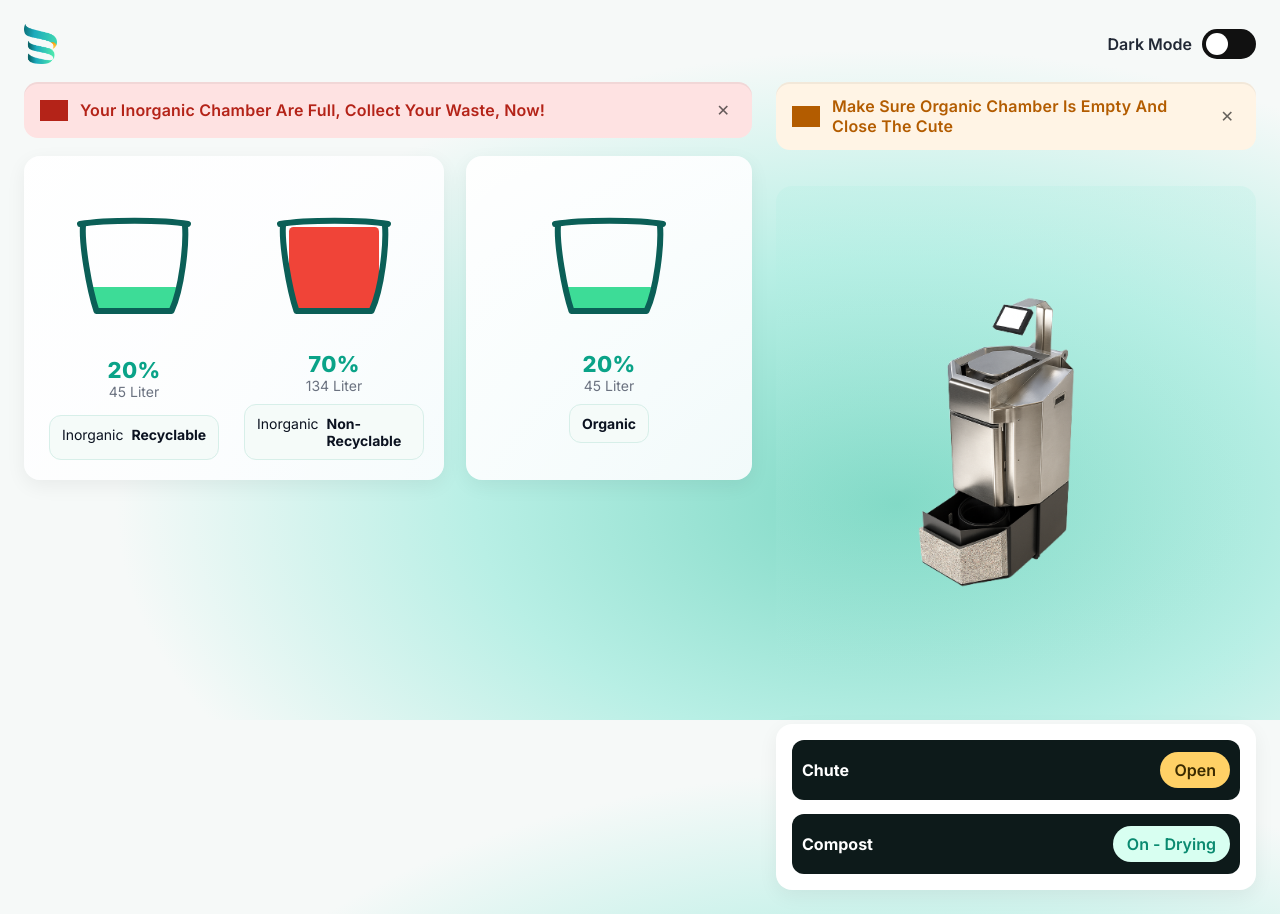
Repository: william-saputra/nusabin
Page: pages/homepage.html
These files come from the project's save history. The page is drawn as it stood at one moment and after the next save; the edit follows.
The browser window is 1280 px wide. The pictures show the whole page.
Pictures or frames that could not be fetched are drawn as grey boxes. Backgrounds fixed to the window are drawn as part of the page.

Above is the page before, as saved 2025-08-12 22:46:38.

After the next save:
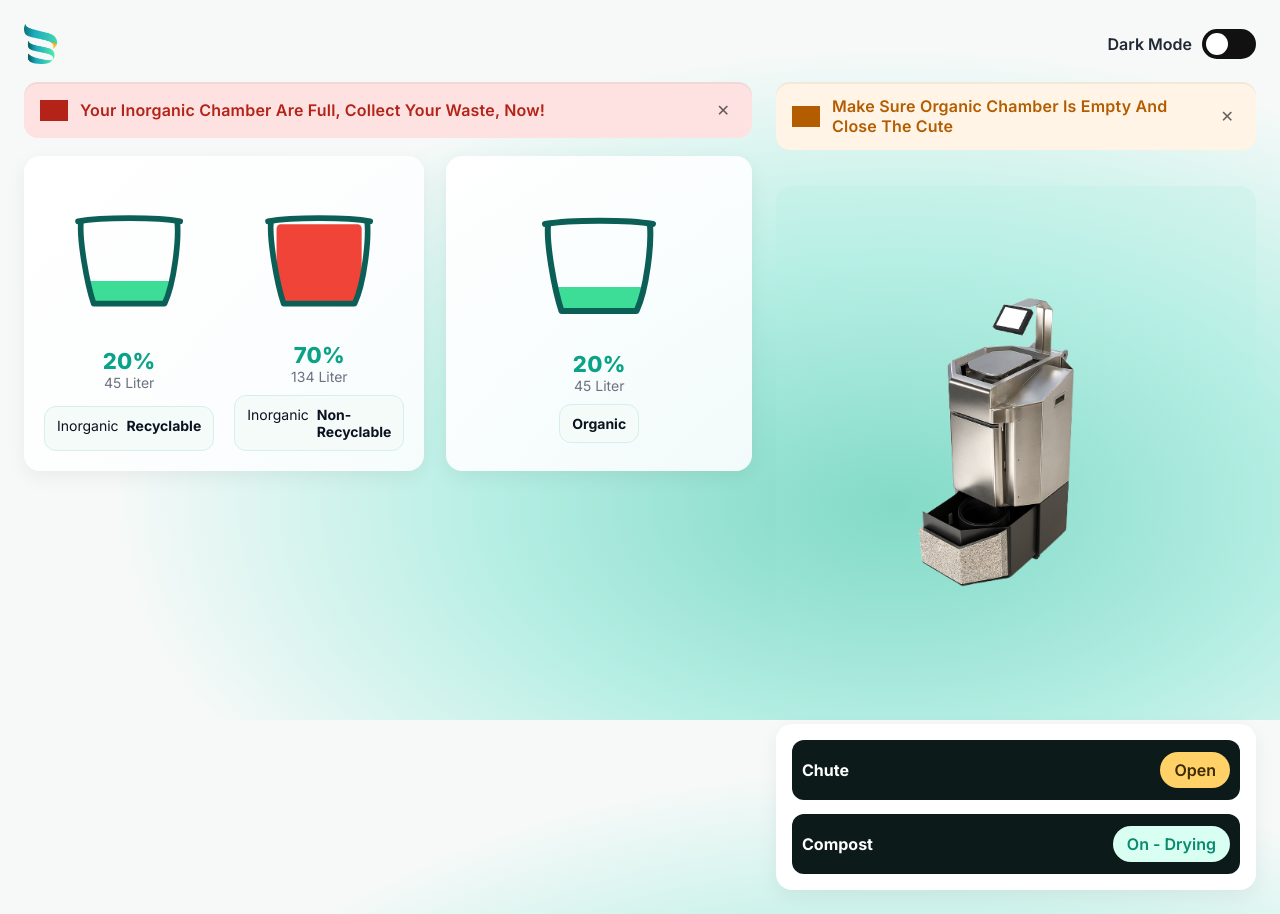
Saved 24 s later.
--- a/styles/base.css
+++ b/styles/base.css
@@ -56,11 +56,12 @@ input:checked + .slider:before { transform: translateX(24px); }
 
 .bucket-group { display: grid; grid-template-columns: 1fr 1fr; gap: 20px; }
 .bucket-item { display: grid; justify-items: center; gap: 10px; }
-.bucket-svg { width: 180px; height: auto; display: block; }
+.bucket-svg { width: 100%; max-width: 180px; height: auto; display: block; }
 .bucket-static { pointer-events: none; }
 
 .bucket-metrics { text-align: center; }
 .bucket-metrics .percent { font-weight: 800; font-size: 22px; color: #0aa388; }
+.bucket-metrics .percent.danger { color: #F04438; }
 .bucket-metrics .liter { color: var(--muted); font-size: 14px; }
 
 .chip { display: inline-flex; align-items: baseline; gap: 8px; padding: 10px 12px; border-radius: 12px; background: #f5fbf9; border: 1px solid #d7efe9; font-size: 14px; }
